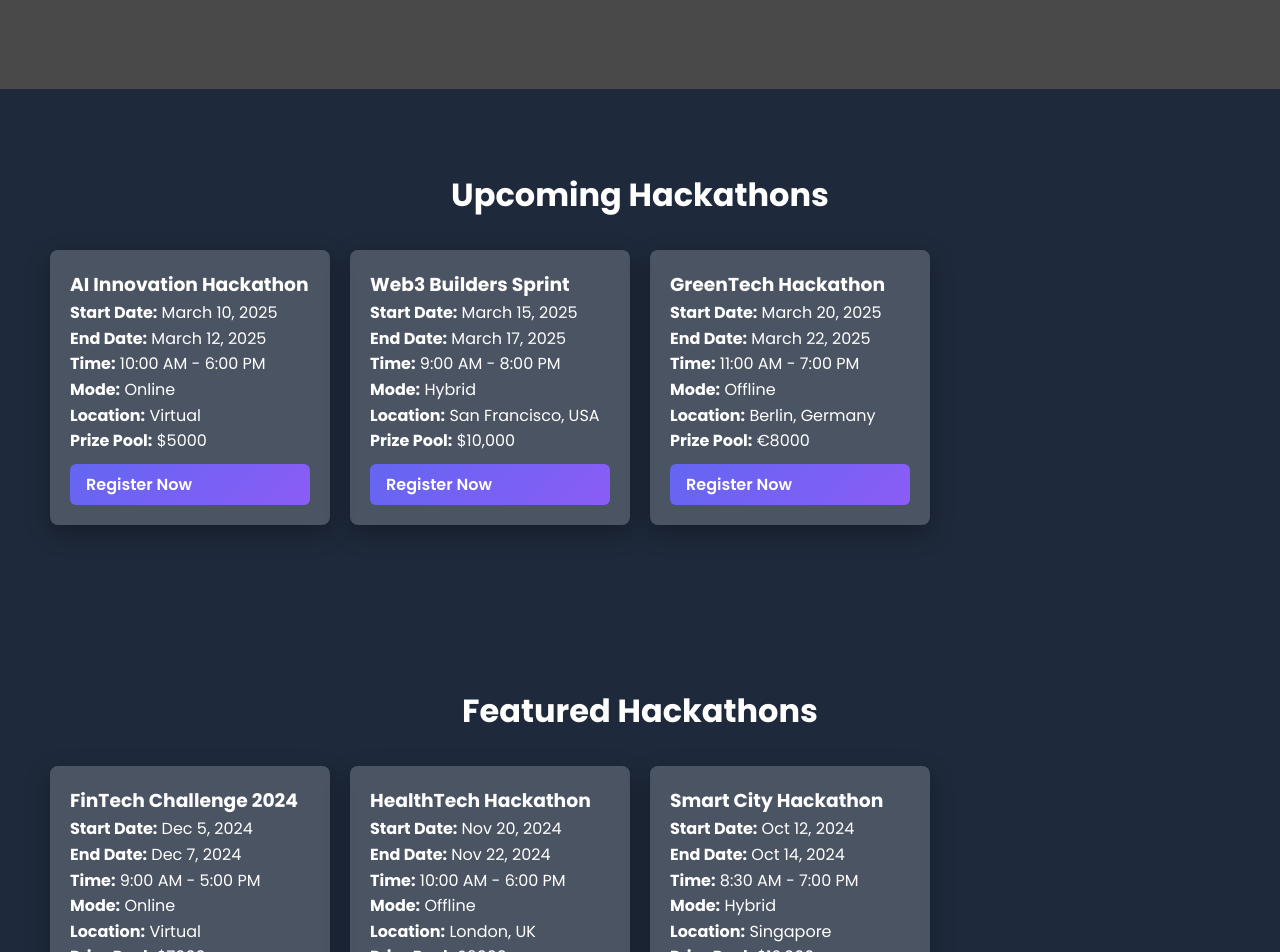
Repository: masihuddin-tech/Hackathon-Project
Page: index.html
These files come from the project's save history. The page is drawn as it stood at one moment and after the next save; the edit follows.
The browser window is 1280 px wide. The pictures show the part of the page from y = 631 to 1583 px (the page is 1816 px tall before and 1850 px after).
Pictures or frames that could not be fetched are drawn as grey boxes. Backgrounds fixed to the window are drawn as part of the page.

Above is the page before, as saved 2025-09-07 13:03:59.
Not found: app.js

After the next save:
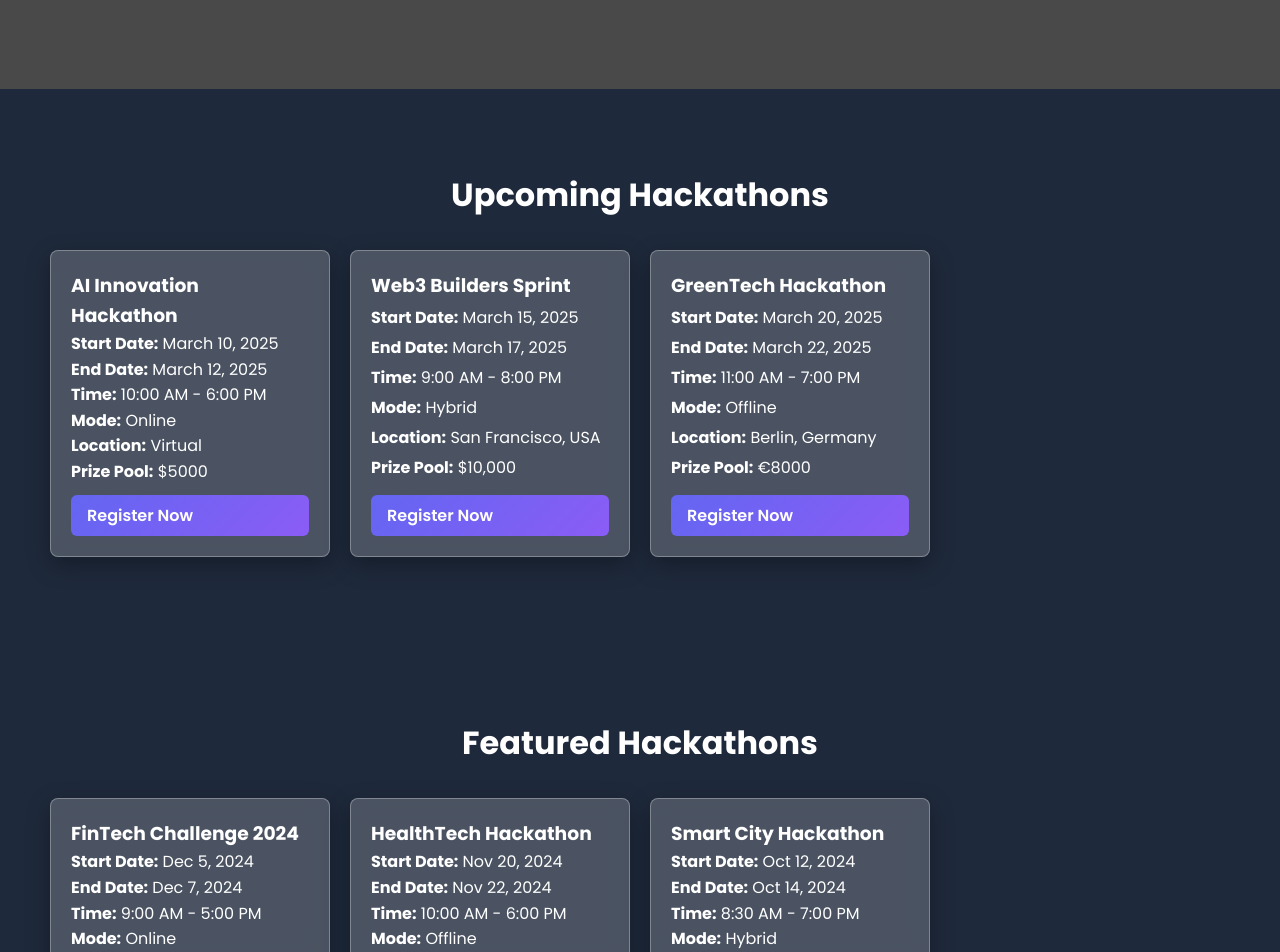
Saved 108 s later.
--- a/style.css
+++ b/style.css
@@ -196,22 +196,26 @@
 
 
 .card {
-  background: rgb(255, 255, 255, 0.2);
+  background: rgba(255, 255, 255, 0.2);
+  backdrop-filter: blur(10px);
+  -webkit-backdrop-filter: blur(10px);
   border-radius: 8px;
+  border: 1px solid rgba(255,255,255,0.3);
   padding: 20px;
   box-shadow: 0 8px 25px rgba(0,0,0,0.3);
   transition: transform 0.3s, box-shadow 0.3s;
-  min-height: 250px;  /* 🔥 Add this to increase card length */
+  min-height: 250px;
   display: flex;
   color: white;
   flex-direction: column;
-  justify-content: space-between; /* keeps button at bottom */
+  justify-content: space-between;
 }
 
 .card:hover {
   transform: translateY(-6px) scale(1.02);
   box-shadow: 0 12px 24px rgba(0,0,0,0.3);
 }
+
 
 .card a {
   display: inline-block;

After the save that followed:
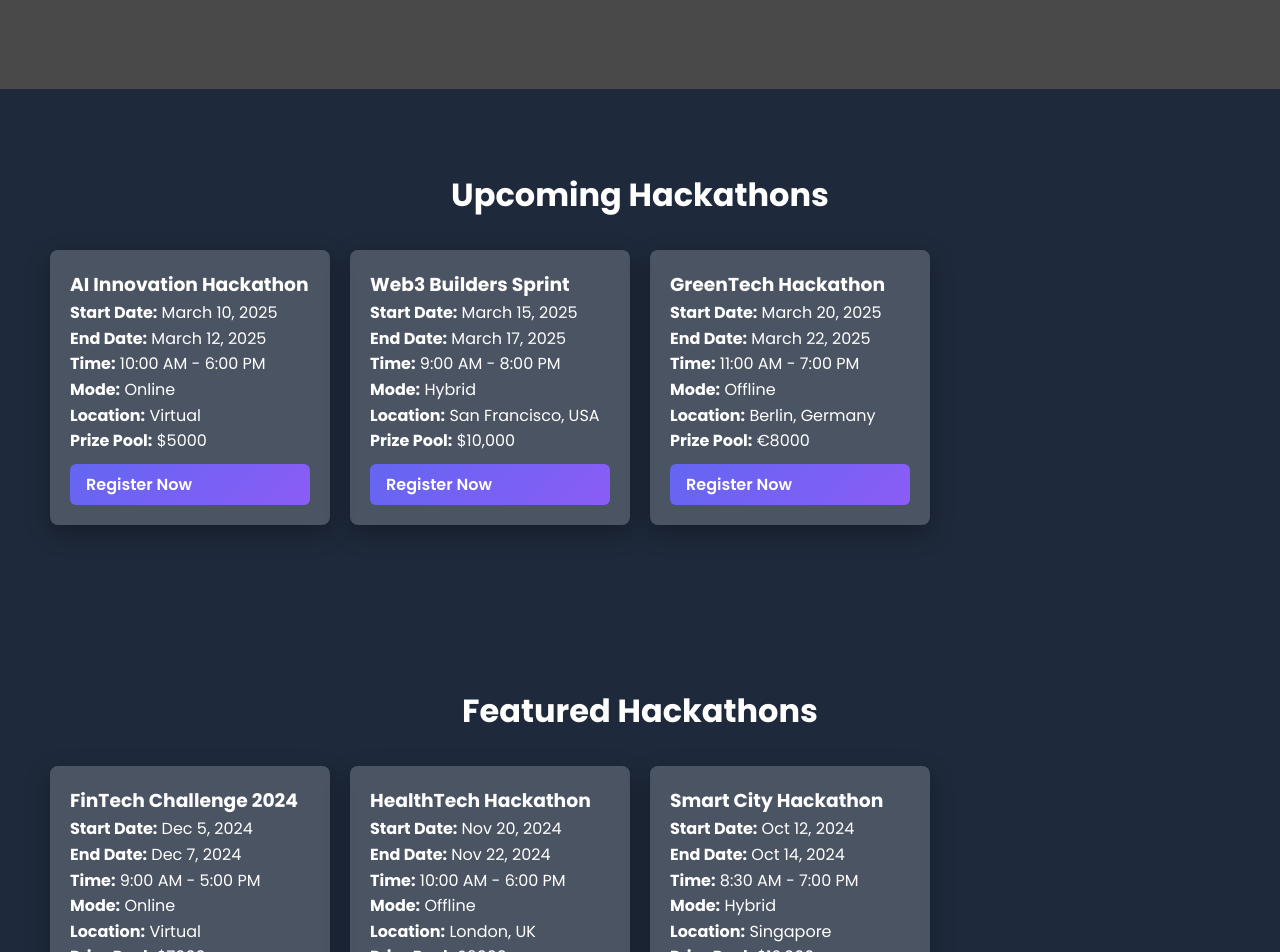
Saved 14 s later.
--- a/style.css
+++ b/style.css
@@ -196,26 +196,22 @@
 
 
 .card {
-  background: rgba(255, 255, 255, 0.2);
-  backdrop-filter: blur(10px);
-  -webkit-backdrop-filter: blur(10px);
+  background: rgb(255, 255, 255, 0.2);
   border-radius: 8px;
-  border: 1px solid rgba(255,255,255,0.3);
   padding: 20px;
   box-shadow: 0 8px 25px rgba(0,0,0,0.3);
   transition: transform 0.3s, box-shadow 0.3s;
-  min-height: 250px;
+  min-height: 250px;  /* 🔥 Add this to increase card length */
   display: flex;
   color: white;
   flex-direction: column;
-  justify-content: space-between;
+  justify-content: space-between; /* keeps button at bottom */
 }
 
 .card:hover {
   transform: translateY(-6px) scale(1.02);
   box-shadow: 0 12px 24px rgba(0,0,0,0.3);
 }
-
 
 .card a {
   display: inline-block;
